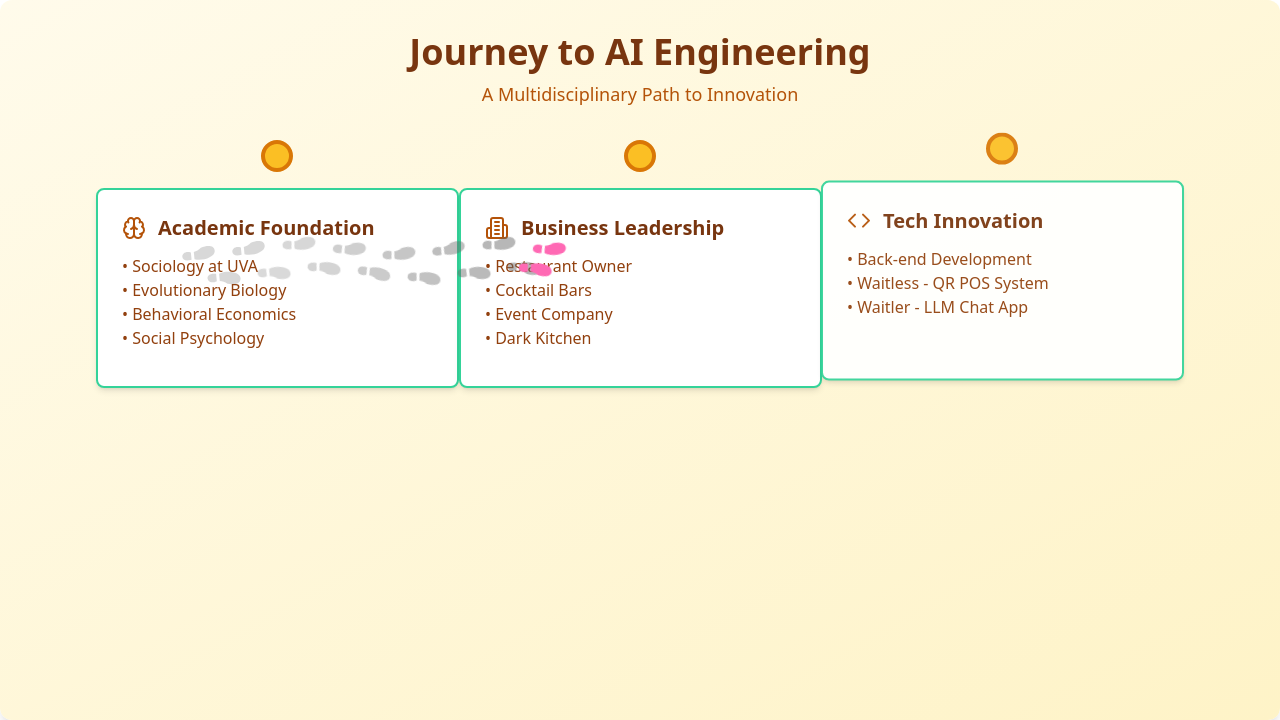
Repository: Galbaz1/dell_presentation
Page: /
These files come from the project's save history. The page is drawn as it stood at one moment and after a run of saves; the edit follows.
The browser window is 1280 px wide. The pictures show the whole page.
The project was rebuilt for these pictures with package versions that can differ from the ones it lists, and the page was loaded fresh each time. The framework's server and built-in components were replaced by stand-ins that run in the browser.

Above is the page before, as saved 2024-11-11 13:33:40.

### pages/_app.tsx
import '../styles/globals.css'
import '../styles/speaker_intro.css'
import type { AppProps } from 'next/app'

function MyApp({ Component, pageProps }: AppProps) {
  return <Component {...pageProps} />
}

export default MyApp

### pages/index.tsx
import React from 'react';
import { Brain, Building2, Code, Users, ArrowRight, RefreshCcw } from 'lucide-react';
import FootstepsAnimation from '../components/FootstepsAnimation';

const SpeakerSlide: React.FC = () => {
  return (
    <div className="bg-gradient-to-br from-amber-50 to-amber-100 p-8 rounded-xl shadow-lg min-h-screen overflow-hidden">
      {/* Header */}
      <div className="mb-12 text-center">
        <h1 className="text-4xl font-bold text-amber-900 mb-2">Journey to AI Engineering</h1>
        <p className="text-lg text-amber-700">A Multidisciplinary Path to Innovation</p>
      </div>

      {/* Journey Map */}
      <div className="relative mb-16 mx-auto max-w-[1400px]">
        <FootstepsAnimation />
        {/* Journey Stations */}
        <div className="relative flex justify-between items-center px-16">
          {/* Academic Foundation */}
          <div className="w-96 relative fall-animation">
            <div className="absolute -top-4 left-1/2 transform -translate-x-1/2">
              <div className="w-8 h-8 rounded-full bg-amber-400 border-4 border-amber-600" />
            </div>
            <div className="bg-white p-6 rounded-lg shadow-md mt-8 h-[200px] flex flex-col border-2 border-emerald-400">
              <h2 className="text-xl font-semibold text-amber-900 mb-3 flex items-center">
                <Brain className="mr-3 text-amber-700 w-6 h-6" /> Academic Foundation
              </h2>
              <ul className="text-base text-amber-800 flex-1">
                <li>• Sociology at UVA</li>
                <li>• Evolutionary Biology</li>
                <li>• Behavioral Economics</li>
                <li>• Social Psychology</li>
              </ul>
            </div>
          </div>

          {/* Business Experience */}
          <div className="w-96 relative fall-animation fall-animation-delay-1">
            <div className="absolute -top-4 left-1/2 transform -translate-x-1/2">
              <div className="w-8 h-8 rounded-full bg-amber-400 border-4 border-amber-600" />
            </div>
            <div className="bg-white p-6 rounded-lg shadow-md mt-8 h-[200px] flex flex-col border-2 border-emerald-400">
              <h2 className="text-xl font-semibold text-amber-900 mb-3 flex items-center">
                <Building2 className="mr-3 text-amber-700 w-6 h-6" /> Business Leadership
              </h2>
              <ul className="text-base text-amber-800 flex-1">
                <li>• Restaurant Owner</li>
                <li>• Cocktail Bars</li>
                <li>• Event Company</li>
                <li>• Dark Kitchen</li>
              </ul>
            </div>
          </div>

          {/* Tech Innovation */}
          <div className="w-96 relative fall-animation fall-animation-delay-2">
            <div className="absolute -top-4 left-1/2 transform -translate-x-1/2">
              <div className="w-8 h-8 rounded-full bg-amber-400 border-4 border-amber-600" />
            </div>
            <div className="bg-white p-6 rounded-lg shadow-md mt-8 h-[200px] flex flex-col border-2 border-emerald-400">
              <h2 className="text-xl font-semibold text-amber-900 mb-3 flex items-center">
                <Code className="mr-3 text-amber-700 w-6 h-6" /> Tech Innovation
              </h2>
              <ul className="text-base text-amber-800 flex-1">
                <li>• Back-end Development</li>
                <li>• Waitless - QR POS System</li>
                <li>• Waitler - LLM Chat App</li>
              </ul>
            </div>
          </div>
        </div>
      </div>

      {/* Current Roles Synergy Circle */}
      <div className="relative max-w-[1200px] mx-auto mt-24">
        {/* Synergy Arrows */}
        <div className="absolute left-0 right-0 mx-auto w-28 top-[80px] synergy-animation z-10">
          <div className="relative w-full h-full">
            <RefreshCcw className="w-full h-full text-amber-600 animate-spin-slow" />
            <div className="absolute top-1/2 left-1/2 transform -translate-x-1/2 -translate-y-1/2 text-sm text-amber-800 font-semibold bg-white px-3 py-1 rounded">
              Synergy
            </div>
          </div>
        </div>

        <div className="flex justify-between items-center synergy-animation px-16">
          {/* AI Engineering Role */}
          <div className="w-[480px] bg-white p-8 rounded-lg shadow-md border-2 border-amber-400 h-[160px] flex flex-col">
            <h2 className="text-2xl font-semibold text-amber-900 mb-3 flex items-center">
              <Brain className="mr-3 text-amber-700 w-6 h-6" /> AI Engineering
            </h2>
            <p className="text-base text-amber-800">
              Freelance AI solutions architect combining technical expertise with business acumen
            </p>
          </div>

          {/* AI Builders Role */}
          <div className="w-[480px] bg-white p-8 rounded-lg shadow-md border-2 border-amber-400 h-[160px] flex flex-col">
            <h2 className="text-2xl font-semibold text-amber-900 mb-3 flex items-center">
              <Users className="mr-3 text-amber-700 w-6 h-6" /> AI Builders Club
            </h2>
            <p className="text-base text-amber-800">
              Community lead fostering AI innovation in Amsterdam, Rotterdam, and Berlin
            </p>
          </div>
        </div>
      </div>
    </div>
  );
};

export default SpeakerSlide;

### styles/speaker_intro.css
@keyframes spin-slow {
  from {
    transform: rotate(0deg);
  }
  to {
    transform: rotate(360deg);
  }
}

.animate-spin-slow {
  animation: spin-slow 20s linear infinite;
}

@keyframes fallIn {
  0% {
    transform: translateY(-100vh) rotate(0deg);
    opacity: 0;
  }
  60% {
    transform: translateY(20px) rotate(720deg);
  }
  80% {
    transform: translateY(-10px) rotate(720deg);
  }
  100% {
    transform: translateY(0) rotate(720deg);
    opacity: 1;
  }
}

@keyframes footsteps {
  0% {
    clip-path: inset(0 100% 0 0);
  }
  100% {
    clip-path: inset(0 0 0 0);
  }
}

@keyframes dotted-line {
  0% {
    stroke-dashoffset: 1000;
  }
  100% {
    stroke-dashoffset: 0;
  }
}

@keyframes synergy-appear {
  0% {
    transform: scale(0) rotate(0deg);
    opacity: 0;
  }
  100% {
    transform: scale(1) rotate(360deg);
    opacity: 1;
  }
}

.fall-animation {
  opacity: 0;
  animation: fallIn 2s cubic-bezier(0.25, 0.46, 0.45, 0.94) forwards;
}

.fall-animation-delay-1 {
  animation-delay: 2s;
}

.fall-animation-delay-2 {
  animation-delay: 4s;
}

.footsteps-path {
  stroke-dasharray: 10;
  stroke-dashoffset: 1000;
  animation: dotted-line 1.5s ease-in-out forwards;
}

.footsteps-animation-1 {
  animation-delay: 1.5s;
}

.footsteps-animation-2 {
  animation-delay: 3.5s;
}

.synergy-animation {
  opacity: 0;
  animation: synergy-appear 2s cubic-bezier(0.34, 1.56, 0.64, 1) forwards;
  animation-delay: 6s;
}

/* Footsteps styling */
.footstep {
  position: absolute;
  width: 24px;
  height: 36px;
  fill: #ff69b4;
  opacity: 1;
  transform-origin: center;
  z-index: 51;
}

.footstep.active {
  opacity: 1;
}

.footstep.trail {
  fill: #666;
  opacity: 0.5;
}

.ghost-trail .footstep {
  fill: #666;
  opacity: 0.5;
}

/* First block path animation */
@keyframes first-block-path {
  0% { transform: translate(0, 0) rotate(0deg); opacity: 0; }
  5% { transform: translate(0, 0) rotate(0deg); opacity: 1; }
  20% { transform: translate(-100px, 0) rotate(-90deg); }
  35% { transform: translate(-100px, 100px) rotate(-90deg); }
  50% { transform: translate(0, 100px) rotate(0deg); }
  65% { transform: translate(0, 0) rotate(90deg); }
  80% { transform: translate(100px, 0) rotate(90deg); }
  95% { transform: translate(100px, 0) rotate(90deg); opacity: 1; }
  100% { transform: translate(100px, 0) rotate(90deg); opacity: 0; }
}

.first-block-path .left-step {
  animation: first-block-path 4s ease-in-out forwards;
}

.first-block-path .right-step {
  animation: first-block-path 4s ease-in-out 0.5s forwards;
}

/* Second block path animation */
@keyframes second-block-path {
  /* Similar to first-block-path but adjusted for second block position */
}

.second-block-path .left-step {
  animation: second-block-path 4s ease-in-out 4s forwards;
}

.second-block-path .right-step {
  animation: second-block-path 4s ease-in-out 4.5s forwards;
}

/* Third block path animation */
@keyframes third-block-path {
  /* Similar to previous paths but adjusted for third block position */
}

.third-block-path .left-step {
  animation: third-block-path 4s ease-in-out 8s forwards;
}

.third-block-path .right-step {
  animation: third-block-path 4s ease-in-out 8.5s forwards;
}

/* Trail effect */
.footstep-trail {
  position: absolute;
  opacity: 0.3;
  transition: opacity 0.5s ease-out;
}

.footstep-trail.fade {
  opacity: 0;
}

.ghost-trail {
  position: absolute;
  fill: #666;
  opacity: 0.5;
  transition: opacity 1s ease-out;
  z-index: 50;
}

.ghost-trail-container {
  position: fixed;
  top: 0;
  left: 0;
  width: 100%;
  height: 100%;
  pointer-events: none;
  z-index: 50;
  overflow: hidden;
}

### components/FootstepsAnimation.tsx
import React, { useEffect, useRef } from 'react';
import gsap from 'gsap';

interface FootProps {
  ref: React.RefObject<SVGSVGElement>;
}

const RightFootprint = React.forwardRef<SVGSVGElement>((_, ref) => (
  <svg
    ref={ref}
    width="24"
    height="36"
    viewBox="0 0 16 32"
    fill="currentColor"
    xmlns="http://www.w3.org/2000/svg"
    className="footstep right-step"
    style={{ transform: 'rotate(90deg)' }}
  >
    <path d="M5.058 20.918l6.21-1.664c-0.204-2.22 0-4.745 1.205-7.11 0.18-6.195-1.867-11.962-6.835-10.631-5.468 1.465-4.865 13.899-0.58 19.404v0zM5.468 23.537c0.343 11.974 12.512 6.497 6.318-1.693l-6.318 1.693z" />
  </svg>
));

const LeftFootprint = React.forwardRef<SVGSVGElement>((_, ref) => (
  <svg
    ref={ref}
    width="24"
    height="36"
    viewBox="20 0 16 32"
    fill="currentColor"
    xmlns="http://www.w3.org/2000/svg"
    className="footstep left-step"
    style={{ transform: 'rotate(90deg)' }}
  >
    <path d="M27.227 20.917l-6.21-1.664c0.204-2.22-0-4.745-1.205-7.11-0.18-6.195 1.867-11.962 6.835-10.631 5.468 1.466 4.865 13.9 0.58 19.404v0zM26.818 23.536c-0.343 11.973-12.512 6.497-6.318-1.693l6.318 1.693z" />
  </svg>
));

const FootstepsAnimation: React.FC = () => {
  const leftFootRef = useRef<SVGSVGElement>(null);
  const rightFootRef = useRef<SVGSVGElement>(null);
  const ghostTrailRef = useRef<HTMLDivElement>(null);

  useEffect(() => {
    if (!leftFootRef.current || !rightFootRef.current || !ghostTrailRef.current) return;

    // River-like flowing path with gentle curves
    const flowingPath = [
      // Start at first orange circle
      { x: 200, y: 250 },    // Starting position
      { x: 250, y: 245 },    // Slight upward curve
      { x: 300, y: 240 },    // Continue gentle rise
      { x: 350, y: 245 },    // Start subtle dip
      { x: 400, y: 250 },    // Return to middle height
      // Middle section (to second circle)
      { x: 450, y: 245 },    // Begin second curve up
      { x: 500, y: 240 },    // Peak of middle curve
      { x: 550, y: 245 },    // Start descending
      { x: 600, y: 250 },    // Level at second circle
      // Final section (to third circle)
      { x: 650, y: 245 },    // Final curve begins
      { x: 700, y: 240 },    // Last gentle rise
      { x: 750, y: 245 },    // Approaching end
      { x: 800, y: 250 },    // End at third circle
    ];

    const createGhostTrail = (
      element: SVGSVGElement,
      x: number,
      y: number,
      rotation: number = 0
    ): void => {
      if (!ghostTrailRef.current) return;

      const ghost = element.cloneNode(true) as SVGSVGElement;
      ghost.style.position = 'absolute';
      ghost.style.left = `${x}px`;
      ghost.style.top = `${y}px`;
      ghost.style.transform = `rotate(${rotation + 90}deg)`;
      ghost.classList.add('ghost-trail');

      ghostTrailRef.current.appendChild(ghost);

      // Maintain more visible ghost trail
      gsap.to(ghost, {
        opacity: 0.25,  // Increased visibility
        duration: 3,    // Longer duration
        ease: "none",   // Linear fade for consistent trail
      });
    };

    const animateFootstep = (
      foot: SVGSVGElement,
      path: Array<{x: number, y: number}>,
      delay: number,
      isLeft: boolean
    ): void => {
      path.forEach((point, index) => {
        const prevPoint = index > 0 ? path[index - 1] : point;
        const nextPoint = index < path.length - 1 ? path[index + 1] : point;

        const rotation = Math.atan2(
          nextPoint.y - prevPoint.y,
          nextPoint.x - prevPoint.x
        ) * 180 / Math.PI;

        // Add constant vertical offset for left foot (-10) and right foot (+10)
        const verticalOffset = isLeft ? -10 : 10;

        gsap.to(foot, {
          x: point.x + (isLeft ? -12 : 12),
          y: point.y + verticalOffset, // Use constant vertical offset instead of alternating
          rotation: rotation + 90 + (isLeft ? -15 : 15),
          duration: 0.6,
          delay: delay + (index * 0.7),
          ease: "power2.inOut",
          onComplete: () => createGhostTrail(
            foot,
            point.x + (isLeft ? -12 : 12),
            point.y + verticalOffset, // Use same vertical offset for ghost trail
            rotation + (isLeft ? -15 : 15)
          ),
        });
      });
    };

    // Start animations with proper timing
    const timeline = gsap.timeline();

    // Animate both feet with slight offset for natural walking
    animateFootstep(leftFootRef.current, flowingPath, 0, true);
    animateFootstep(rightFootRef.current, flowingPath, 0.35, false); // Increased offset

    return () => {
      timeline.kill();
    };
  }, []);

  return (
    <div className="fixed inset-0 pointer-events-none" style={{ zIndex: 50 }}>
      <div
        ref={ghostTrailRef}
        className="ghost-trail-container"
        style={{ zIndex: 50 }}
      />
      <LeftFootprint ref={leftFootRef} />
      <RightFootprint ref={rightFootRef} />
    </div>
  );
};

RightFootprint.displayName = 'RightFootprint';
LeftFootprint.displayName = 'LeftFootprint';

export default FootstepsAnimation;

### tailwind.config.js
/** @type {import('tailwindcss').Config} */
module.exports = {
  content: [
    "./pages/**/*.{js,ts,jsx,tsx}",
    "./components/**/*.{js,ts,jsx,tsx}",
    "./styles/**/*.css",
  ],
  theme: {
    extend: {},
  },
  plugins: [],
}

Loaded but not shown: styles/globals.css (common file)

After the next 2 saves:
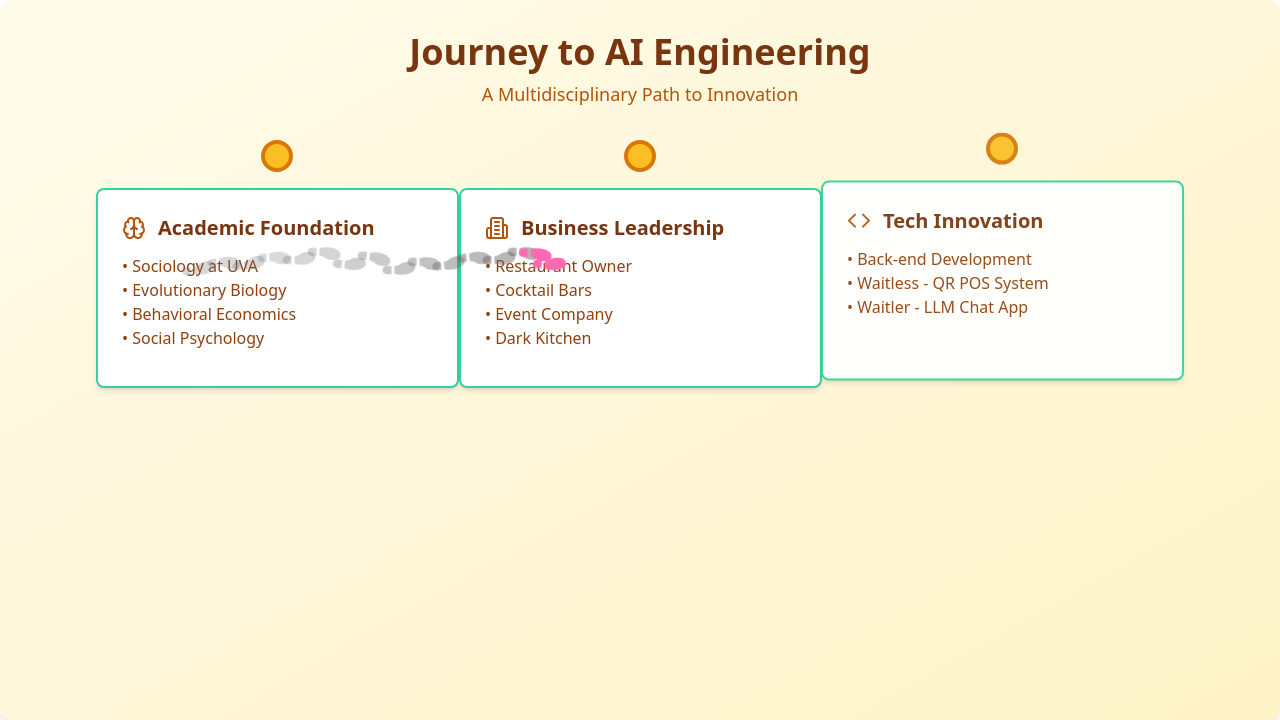
The 2 saves are shown as one change because they came seconds apart.
The last was saved 45 s later.
--- a/components/FootstepsAnimation.tsx
+++ b/components/FootstepsAnimation.tsx
@@ -103,12 +103,12 @@ const FootstepsAnimation: React.FC = () => {
           nextPoint.x - prevPoint.x
         ) * 180 / Math.PI;
 
-        // Add constant vertical offset for left foot (-10) and right foot (+10)
-        const verticalOffset = isLeft ? -10 : 10;
+        // Swapped vertical offsets and reduced distance by 50%
+        const verticalOffset = isLeft ? 5 : -5; // Changed from -10/+10 to +5/-5
 
         gsap.to(foot, {
           x: point.x + (isLeft ? -12 : 12),
-          y: point.y + verticalOffset, // Use constant vertical offset instead of alternating
+          y: point.y + verticalOffset,
           rotation: rotation + 90 + (isLeft ? -15 : 15),
           duration: 0.6,
           delay: delay + (index * 0.7),
@@ -116,7 +116,7 @@ const FootstepsAnimation: React.FC = () => {
           onComplete: () => createGhostTrail(
             foot,
             point.x + (isLeft ? -12 : 12),
-            point.y + verticalOffset, // Use same vertical offset for ghost trail
+            point.y + verticalOffset,
             rotation + (isLeft ? -15 : 15)
           ),
         });
